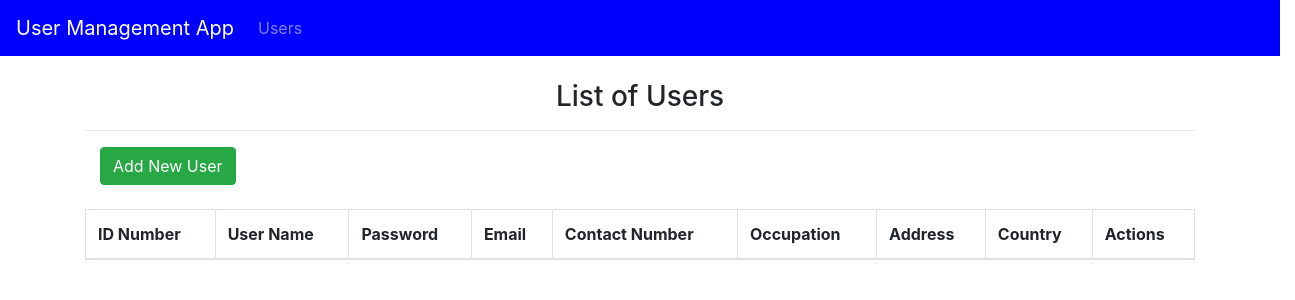
Repository: chamoddevinda0001/myfirstServelet
Page: http://localhost/OnlineEventManagementSystem/user-list.jsp
The author's editor kept a copy of each file at every save. The page is drawn from the files as they stood at one save, then again after the next save.
The browser window is 1280 px wide. The page is 1295 px wide, so the pictures cover 1295 px, including what lies to the right of the window. The pictures show the whole page.
The page is served by Tomcat 9. Other server files are loaded and not shown.

Above is the page before, as saved 2020-10-15 16:35:15.

### OnlineEventManagementSystem/WebContent/user-list.jsp
<%@ page language="java" contentType="text/html; charset=ISO-8859-1"
    pageEncoding="ISO-8859-1"%>
<%@ taglib uri="http://java.sun.com/jsp/jstl/core" prefix="c"%>
<!DOCTYPE html>
<html>
<head>
<title>Online Management Application</title>
<link rel="stylesheet"
	href="https://stackpath.bootstrapcdn.com/bootstrap/4.3.1/css/bootstrap.min.css"
	integrity="sha384-ggOyR0iXCbMQv3Xipma34MD+dH/1fQ784/j6cY/iJTQUOhcWr7x9JvoRxT2MZw1T"
	crossorigin="anonymous">
</head>
<body>

	<header>
		<nav class="navbar navbar-expand-md navbar-dark"
			style="background-color: blue;">
			<div>
				<a href="https://www.javaguides.net" class="navbar-brand"> User
					Management App </a>
			</div>

			<ul class="navbar-nav">
				<li><a href="<%=request.getContextPath()%>/list"
					class="nav-link">Users</a></li>
			</ul>
		</nav>
	</header>
	<br>

	<div class="row">
		<!-- <div class="alert alert-success" *ngIf='message'>{{message}}</div> -->

		<div class="container">
			<h3 class="text-center">List of Users</h3>
			<hr>
			<div class="container text-left">

				<a href="<%=request.getContextPath()%>/new" class="btn btn-success">Add
					New User</a>
			</div>
			<br>
			<table class="table table-bordered">
				<thead>
					<tr>

						<th>ID Number</th>
						<th>User Name</th>
						<th>Password</th>
						<th>Email</th>
						<th>Contact Number</th>
						<th>Occupation</th>
						<th>Address</th>
						<th>Country</th>
						<th>Actions</th>
					</tr>
				</thead>
				<tbody>
					<!--   for (Todo todo: todos) {  -->
					<c:forEach var="user" items="${listUser}">

						<tr>
							<td><c:out value="${user.idnumber}" /></td>
							<td><c:out value="${user.username}" /></td>
							<td><c:out value="${user.password}" /></td>
							<td><c:out value="${user.email}" /></td>
							<td><c:out value="${user.contactno}" /></td>
							<td><c:out value="${user.occupation}" /></td>
							<td><c:out value="${user.address}" /></td>
							<td><c:out value="${user.country}" /></td>

							<td><a href="edit?id=<c:out value='${user.idnumber}' />">Edit</a>
								&nbsp;&nbsp;&nbsp;&nbsp; <a
								href="delete?id=<c:out value='${user.idnumber}' />">Delete</a></td>
						</tr>
					</c:forEach>
					<!-- } -->
				</tbody>

			</table>
		</div>
	</div>
</body>
</html>

After the next save:
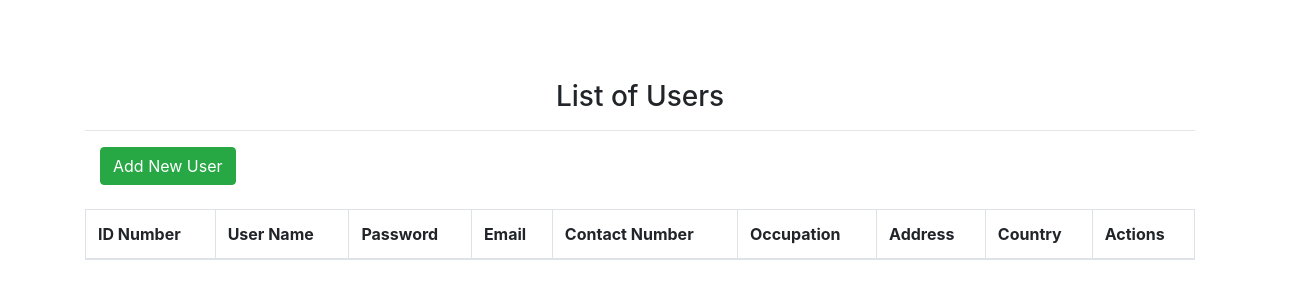
Saved 82 s later.
--- a/OnlineEventManagementSystem/WebContent/user-list.jsp
+++ b/OnlineEventManagementSystem/WebContent/user-list.jsp
@@ -14,7 +14,7 @@
 
 	<header>
 		<nav class="navbar navbar-expand-md navbar-dark"
-			style="background-color: blue;">
+			style="background-color: ADD8E6;">
 			<div>
 				<a href="https://www.javaguides.net" class="navbar-brand"> User
 					Management App </a>
